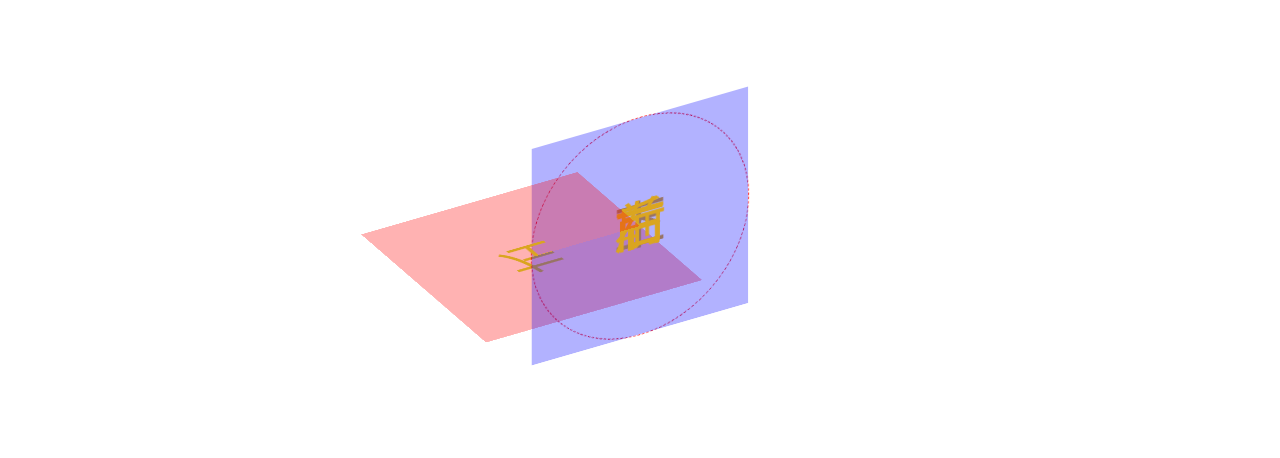
Repository: Germtao/Web
Page: web_css/css3_动画.html
An editor plug-in stored every save of this project. The page is shown before and after the next save, followed by the edit.
The browser window is 1280 px wide. The pictures show the whole page.

Above is the page before, as saved 2020-11-03 15:14:22.

### web_css/css3_动画.html
<!DOCTYPE html>
<html lang="en">

<head>
  <meta charset="UTF-8">
  <meta name="viewport" content="width=device-width, initial-scale=1.0">
  <title>CSS3-动画</title>

  <!-- <style>
    .box {
      width: 200px;
      height: 200px;
      background-color: green;
      margin: 100px auto;

      /* 只让宽度在变化时进行过渡 */
      /* transition: width 2s linear 0s; */

      /* 宽度、背景色在变化时，进行过渡 */
      transition: all 2s linear 0s;
    }

    .box:hover {
      width: 500px;
      background-color: orange;
    }
  </style> -->

  <!-- 过渡动画：商品详情 -->
  <!-- <style>
    body {
      margin: 0;
      padding: 0;
      background-color: #eeeeee;
    }

    .content {
      width: 800px;
      height: 320px;
      padding-left: 20px;
      margin: 80px auto;
    }

    .item {
      width: 230px;
      height: 300px;
      text-align: center;
      margin-right: 20px;
      background-color: #FFF;
      float: left;
      position: relative;
      top: 0;
      /* 让溢出的内容隐藏起来。意思是让下方的橙色方形先躲起来 */
      overflow: hidden;
      /* 从最初到鼠标悬停时的过渡 */
      transition: all .5s;
    }

    .item img {
      margin-top: 30px;
    }

    .item .desc {
      position: absolute;
      left: 0;
      bottom: -80px;
      width: 100%;
      height: 80px;
      background-color: #ff6700;
      transition: all .5s;
    }

    /* 鼠标悬停时，让 item 整体往上移动5px，且加一点阴影 */
    .item:hover {
      top: -5px;
      box-shadow: 0 0 15px #AAA;
    }

    /* 鼠标悬停时，让下方的橙色方形现身 */
    .item:hover .desc {
      bottom: 0;
    }
  </style> -->

  <!-- 2D转换动画 -->
  <!-- <style>
    .box {
      width: 1000px;
      margin: 100px auto;
    }

    /* .box div { */
    .box>div {
      width: 300px;
      height: 150px;
      background-color: pink;
      float: left;
      margin-right: 15px;
      color: white;
      text-align: center;
      font: 400 30px/150px "宋体";
    }

    /* .box .box2 {
      background-color: greenyellow;
      transition: all 1s;
    } */
    div:nth-child(2) {
      background-color: greenyellow;
      transition: all 1s;
    }

    div:nth-child(3) {
      transition: all 2s;
    }

    /* .box .box2:hover {
      background-color: green; */
    /* 缩放 */
    /* transform: scale(2, 0.5); */
    /* } */
    div:nth-child(2):hover {
      background-color: green;
      /* 位移 */
      transform: translate(-50%, 50%);
    }

    div:nth-child(3):hover {
      transform: rotate(-405deg);
    }
  </style> -->

  <!-- 3D 转换 -->
  <!-- <style>
    .rotateX {
      width: 300px;
      height: 226px;
      margin: 200px auto;

      /*
        透视: 加给变换的父盒子
        设置的是用户的眼睛距离 平面的距离
        透视效果只是视觉上的呈现，并不是正真的3d
      */
      perspective: 110px;
    }

    img {
      transition: transform 2s;
    }

    /* 所有的3d旋转，对着正方向去看，都是顺时针旋转 */
    .rotateX:hover img {
      /* transform: rotateX(360deg); */
      /* transform: rotateY(360deg); */
      transform: rotateZ(360deg);
    }
  </style> -->

  <!-- 3D转换 案例 -->
  <!-- <style>
    body {
      background-color: cornflowerblue;
    }

    .box {
      width: 300px;
      height: 300px;
      margin: 50px auto;
      position: relative;
    }

    .box>div {
      width: 100%;
      height: 100%;
      position: absolute;
      border-radius: 50%;
      transition: all 2s;
      backface-visibility: hidden;
    }

    .box1 {
      /* 默认显示图片的左半边 */
      background: url(img/example.png) left 0 no-repeat;
    }

    .box2 {
      background: url(img/example.png) right 0 no-repeat;
      /* 让图片的右半边默认时，旋转180度，就可以暂时隐藏起来 */
      transform: rotateY(180deg);
    }

    .box:hover .box1 {
      /* 让图片的左半边转消失 */
      transform: rotateY(180deg);
    }

    .box:hover .box2 {
      /* 让图片的左半边转出现 */
      transform: rotateY(0deg);
    }
  </style> -->

  <!-- 3D转换: 位移 -->
  <!-- <style>
    body {
      /* 给box的父元素加透视效果, 为了 Z 效果能显示 */
      perspective: 1000px;
    }

    .box {
      width: 200px;
      height: 200px;
      background: green;
      transition: all 1s;
      margin: 200px auto;
    }

    .box:hover {
      /* transform: translateX(100px); */
      /* transform: translateY(100px); */
      transform: translateZ(100px);
    }
  </style> -->

  <!-- 3D呈现（transform-style）-->
  <style>
    .box {
      width: 250px;
      height: 250px;
      border: 1px dashed red;
      margin: 100px auto;
      position: relative;
      border-radius: 50%;

      /* 让子盒子保持3d效果 */
      transform-style: preserve-3d;

      transform: rotateX(30deg) rotateY(-30deg);
    }

    .box>div {
      width: 100%;
      height: 100%;
      position: absolute;
      text-align: center;
      line-height: 250px;
      font-size: 60px;
      color: #daa520;
    }

    .left {
      background-color: rgba(255, 0, 0, 0.3);
      /* 变换中心 */
      transform-origin: left;
      transform: rotateX(90deg) translateX(-125px);
    }

    .right {
      background-color: rgba(0, 0, 255, 0.3);
    }
  </style>
</head>

<body>
  <!-- <div class="box"></div> -->

  <!-- 过渡动画：商品详情 -->
  <!-- <div class="content">
    <div class="item">
      <img src="img/倪妮.jpg" alt="">
    </div>

    <div class="item">
      <img src="img/宋轶.jpeg" alt="">
      <span class="desc"></span>
    </div>

    <div class="item">
      <img src="img/李沁.jpg" alt="">
      <span class="desc"></span>
    </div>
  </div> -->

  <!-- 2D转换动画 -->
  <!-- <div class="box">
    <div class="box1">1</div>
    <div class="box2">2</div>
    <div class="box3">3</div>
  </div> -->

  <!-- 3D转换: 旋转 -->
  <!-- <div class="rotateX">
    <img src="img/宋轶.jpeg" alt="">
  </div> -->

  <!-- 3D转换: 旋转demo -->
  <!-- <div class="box">
    <div class="box1"></div>
    <div class="box2"></div>
  </div> -->

  <!-- 3D转换: 位移 -->
  <!-- <div class="box"></div> -->

  <!-- 3D呈现（transform-style）-->
  <div class="box">
    <div class="up">上</div>
    <div class="down">下</div>
    <div class="left">左</div>
    <div class="right">右</div>
    <div class="forward">前</div>
    <div class="back">后</div>
  </div>
</body>

</html>

After the next save:
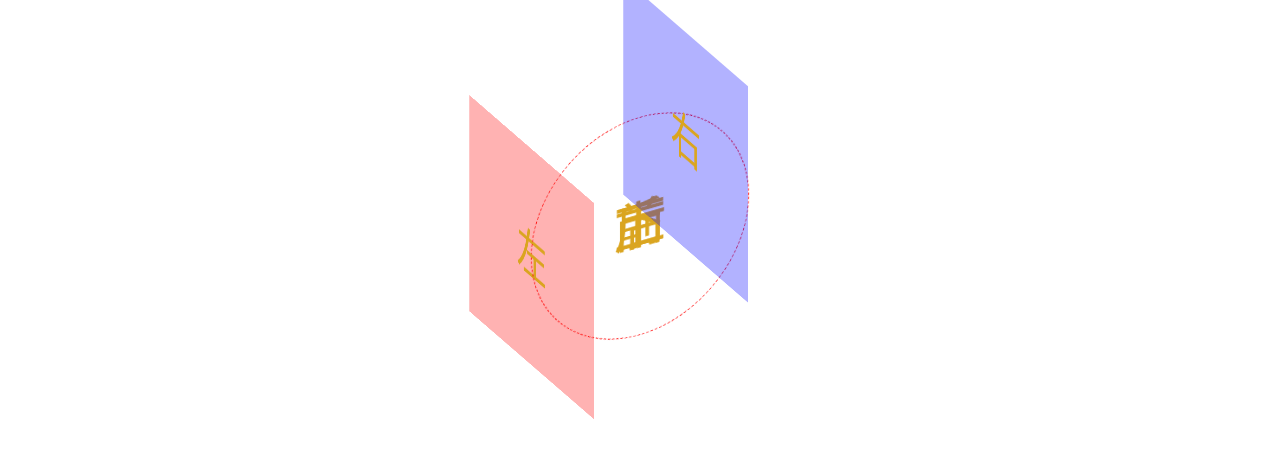
Saved 32 s later.
--- a/web_css/css3_动画.html
+++ b/web_css/css3_动画.html
@@ -253,11 +253,13 @@
       background-color: rgba(255, 0, 0, 0.3);
       /* 变换中心 */
       transform-origin: left;
-      transform: rotateX(90deg) translateX(-125px);
+      transform: rotateY(90deg) translateX(-125px);
     }
 
     .right {
       background-color: rgba(0, 0, 255, 0.3);
+      transform-origin: right;
+      transform: rotateY(90deg);
     }
   </style>
 </head>
